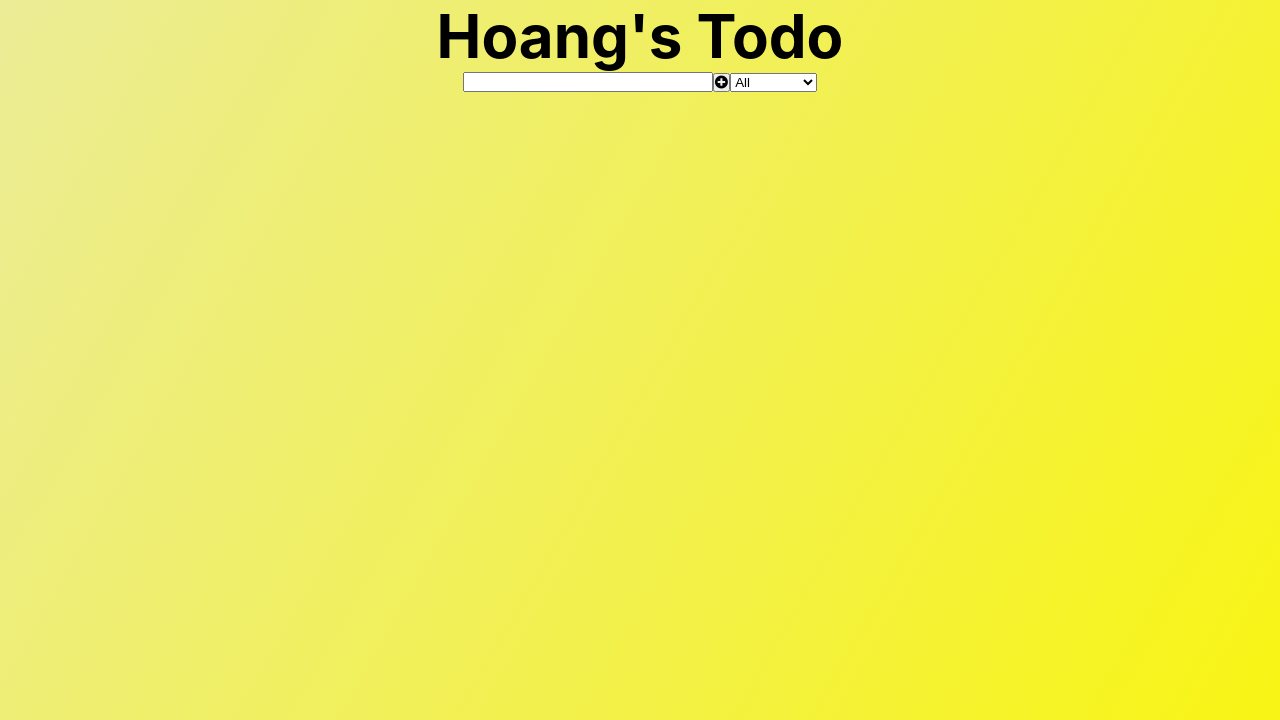
Repository: DinhHoang0607/TodoReact
Page: /
The author's editor kept a copy of each file at every save. The page is drawn from the files as they stood at one save, then again after the next save.
The browser window is 1280 px wide. The pictures show the whole page.
Some web libraries are served in a nearby version. The project was rebuilt for these pictures with package versions that can differ from the ones it lists, and the page was loaded fresh each time.

Above is the page before, as saved 2021-09-09 18:10:33.

### public/index.html
<!DOCTYPE html>
<html lang="en">
  <head>
    <meta charset="utf-8" />
    <link rel="icon" href="%PUBLIC_URL%/favicon.ico" />
    <meta name="viewport" content="width=device-width, initial-scale=1" />
    <meta name="theme-color" content="#000000" />
    <meta
      name="description"
      content="Web site created using create-react-app"
    />
    <link rel="apple-touch-icon" href="%PUBLIC_URL%/logo192.png" />
    <!--
      manifest.json provides metadata used when your web app is installed on a
      user's mobile device or desktop. See https://developers.google.com/web/fundamentals/web-app-manifest/
    -->
    <link rel="stylesheet" href="https://pro.fontawesome.com/releases/v5.10.0/css/all.css" integrity="sha384-AYmEC3Yw5cVb3ZcuHtOA93w35dYTsvhLPVnYs9eStHfGJvOvKxVfELGroGkvsg+p" crossorigin="anonymous"/>
    <link rel="manifest" href="%PUBLIC_URL%/manifest.json" />
    <!--
      Notice the use of %PUBLIC_URL% in the tags above.
      It will be replaced with the URL of the `public` folder during the build.
      Only files inside the `public` folder can be referenced from the HTML.

      Unlike "/favicon.ico" or "favicon.ico", "%PUBLIC_URL%/favicon.ico" will
      work correctly both with client-side routing and a non-root public URL.
      Learn how to configure a non-root public URL by running `npm run build`.
    -->
    <title>React App</title>
  </head>
  <body>
    <noscript>You need to enable JavaScript to run this app.</noscript>
    <div id="root"></div>
    <!--
      This HTML file is a template.
      If you open it directly in the browser, you will see an empty page.

      You can add webfonts, meta tags, or analytics to this file.
      The build step will place the bundled scripts into the <body> tag.

      To begin the development, run `npm start` or `yarn start`.
      To create a production bundle, use `npm run build` or `yarn build`.
    -->
  </body>
</html>

### src/App.js
import "./App.css";
import React from "react";
import Form from "./components/Form";

function App() {
  return (
    <div className="App">
      <header>
        <h1>Hoang's Todo</h1>
      </header>
      <Form />
    </div>
  );
}

export default App;

### src/App.css
*,
*::before,
*::after {
  box-sizing: border-box;
  padding: 0;
  margin: 0;
}
html {
  font-size: 62.5%;
}
body {
  width: 100%;
  height: 100vh;
  background-image: linear-gradient(120deg, #ebec96 0%, #f8f414 100%);
}
header {
  font-size: 3rem;
  margin: 0 auto;
}
header,
form {
  display: flex;
  justify-content: center;
  align-items: center;
}
.form__input {
  width: 25rem;
  height: 2rem;
}

### src/components/Form.js
import React from "react";
const Form = () => {
  return (
    <form className="form">
      <input type="text" className="form__input" />
      <button className="form__button" type="submit">
        <i class="fas fa-plus-circle"></i>
      </button>
      <div className="form__select">
        <select name="items" className="select__item">
          <option value="all" selected="selected">
            All
          </option>
          <option value="completed">Completed</option>
          <option value="inProcess">InProcess</option>
        </select>
      </div>
    </form>
  );
};

export default Form;

Loaded but not shown: src/index.js (common file); src/index.css (common file); src/reportWebVitals.js (common file)

After the next save:
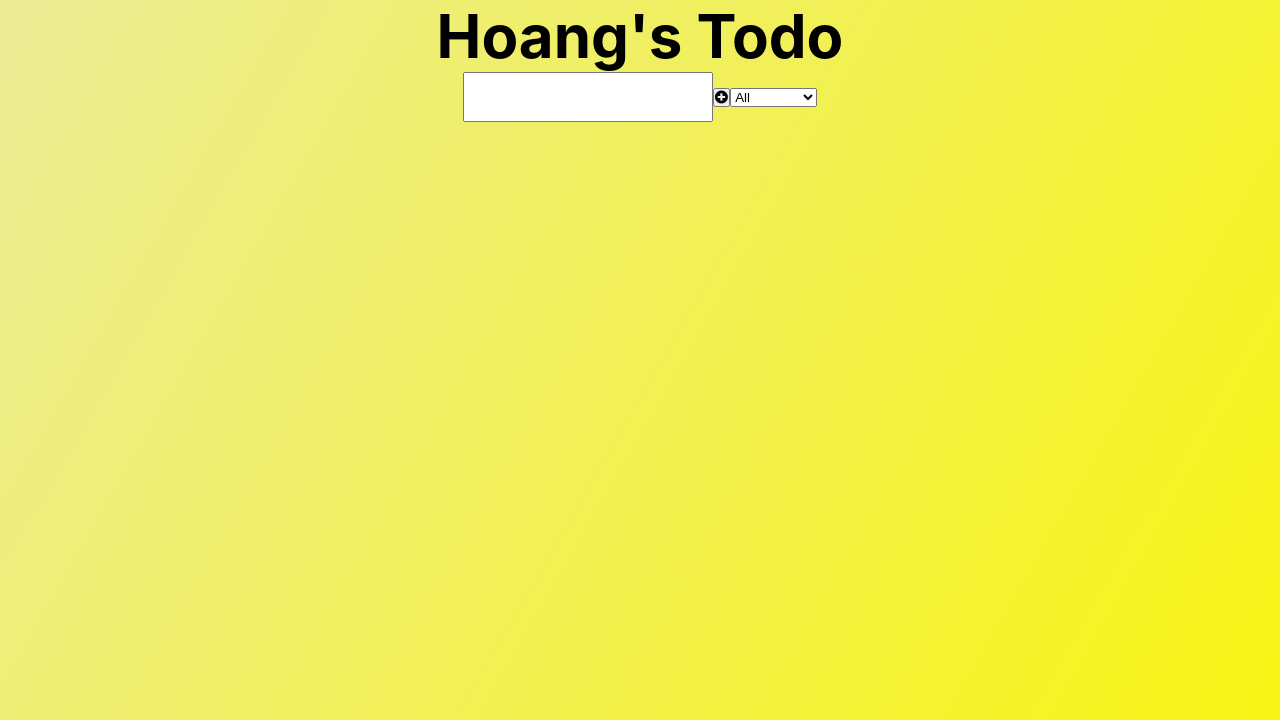
Saved 5 s later.
--- a/src/App.css
+++ b/src/App.css
@@ -25,5 +25,5 @@ form {
 }
 .form__input {
   width: 25rem;
-  height: 2rem;
+  height: 5rem;
 }
